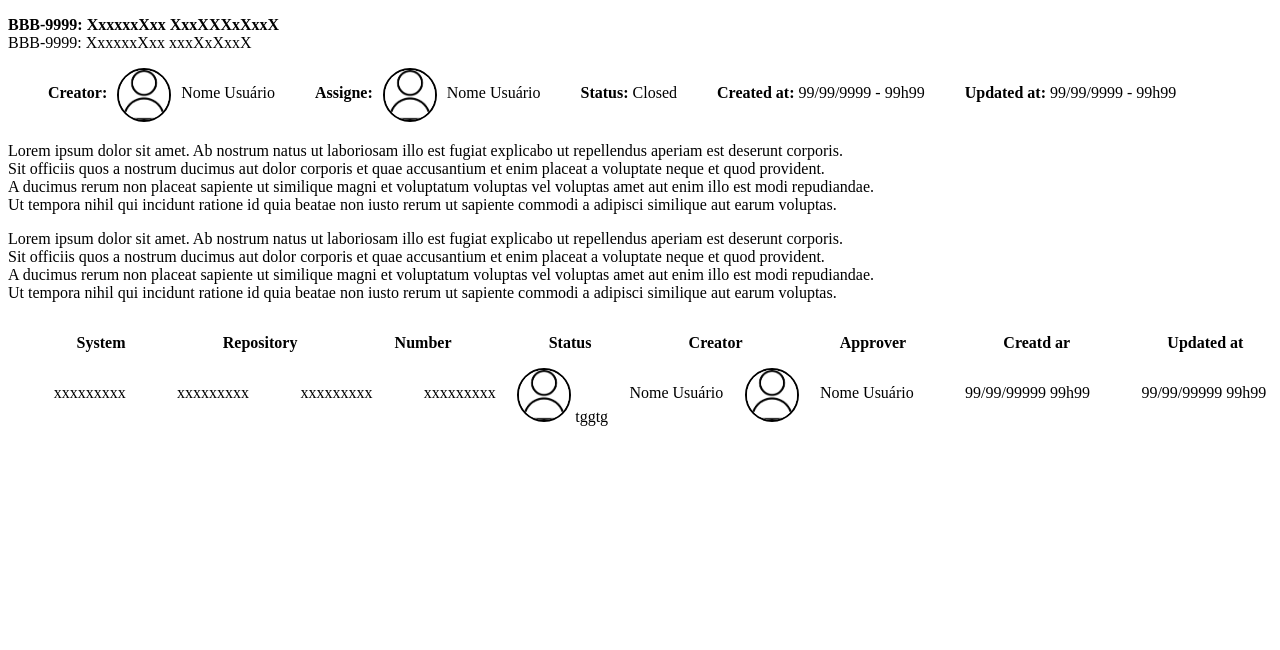
Repository: AnaBerlanda/PaginaFer
Page: index.html
An editor plug-in stored every save of this project. The page is shown before and after the next save, followed by the edit.
The browser window is 1280 px wide. The pictures show the whole page.

Above is the page before, as saved 2022-05-23 15:10:41.

After the next save:
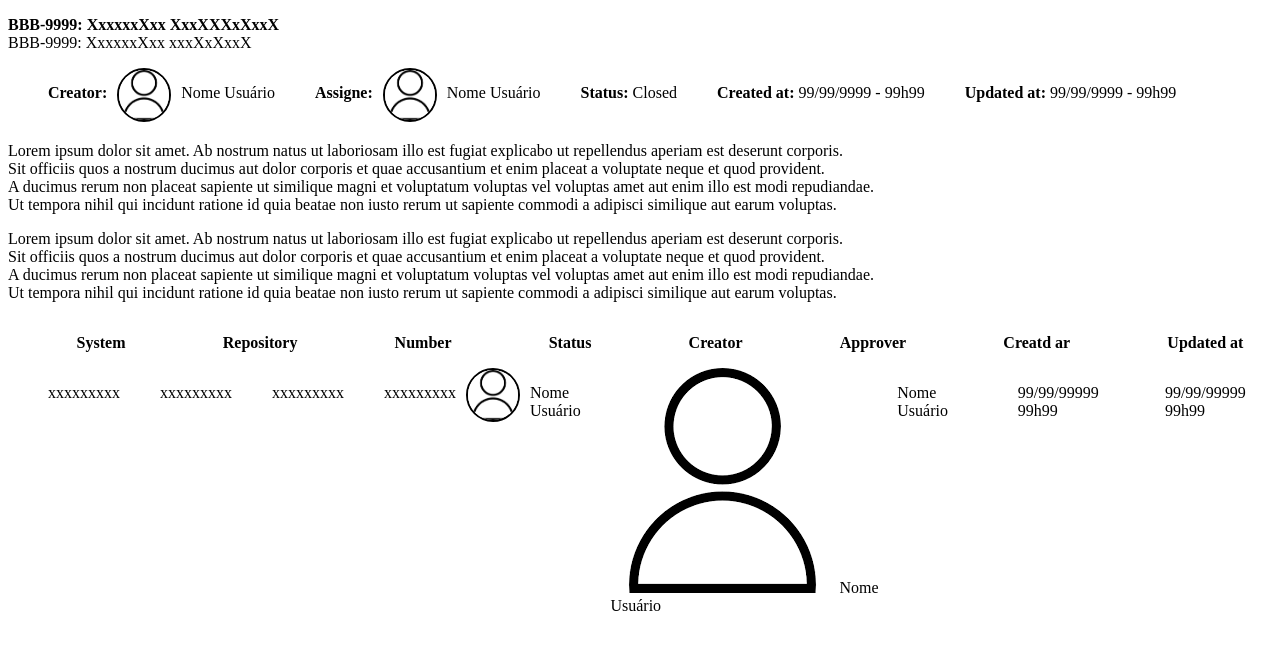
Saved 2 s later.
--- a/index.html
+++ b/index.html
@@ -87,13 +87,13 @@
             <p class="sub-titulos">xxxxxxxxx</p>
         </div>
         <div class="imagem">
-            <img src="imagem/Icone-usuario-Png-1024x1024.png"> tggtg
+            <img src="imagem/Icone-usuario-Png-1024x1024.png">
         </div>
         <div class="nome-usuario">
             <p>Nome Usuário</p>
         </div>
-        <div class="imagem">
-            <img src="imagem/Icone-usuario-Png-1024x1024.png">
+        <div class="imagem-usuario">
+            <img src="imagem/Icone-usuario-Png-1024x1024.png"> Nome Usuário
         </div>
         <div class="nome-usuario">
             <p>Nome Usuário</p>
